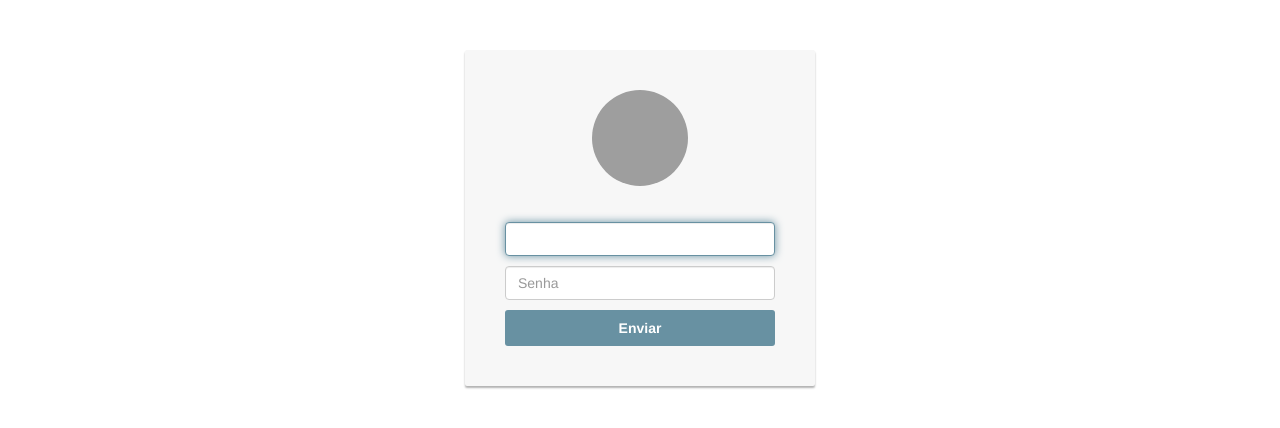
Repository: JacksonPassos/JAAS
Page: http://localhost/gerenciador/jsp/login.jsp
These files come from the project's save history. The page is drawn as it stood at one moment and after the next save; the edit follows.
The browser window is 1280 px wide. The pictures show the whole page.
Pictures or frames that could not be fetched are drawn as grey boxes. The page is served by Tomcat 9.

Above is the page before, as saved 2017-05-17 15:12:54.
Console error: ReferenceError: $ is not defined

After the next save:
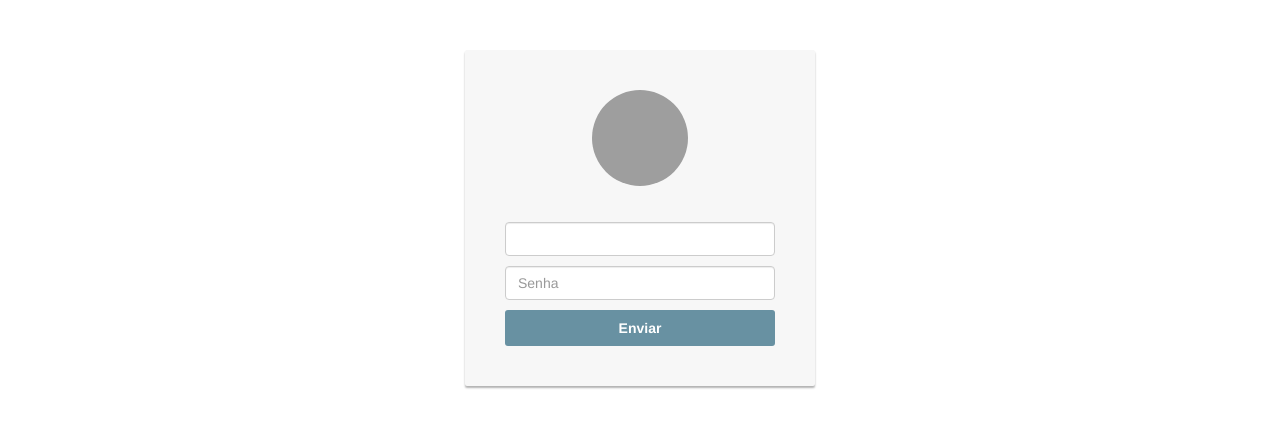
Saved 22 s later.
--- a/gerenciador/WebContent/jsp/login.jsp
+++ b/gerenciador/WebContent/jsp/login.jsp
@@ -245,7 +245,7 @@ function testLocalStorageData() {
 
             <form class="form-signin" action="j_security_check" method="post">
                 <span id="reauth-email" class="reauth-email"></span>
-                <input id="j_username" name="j_username" type="text" class="form-control" required autofocus>
+                <input id="j_username" name="j_username" type="text" class="form-control">
                 <input id="j_password" name="j_password" type="password" class="form-control" placeholder="Senha" required>
 
                	<input class="btn btn-lg btn-primary btn-block btn-signin" type="submit" value="Enviar">
